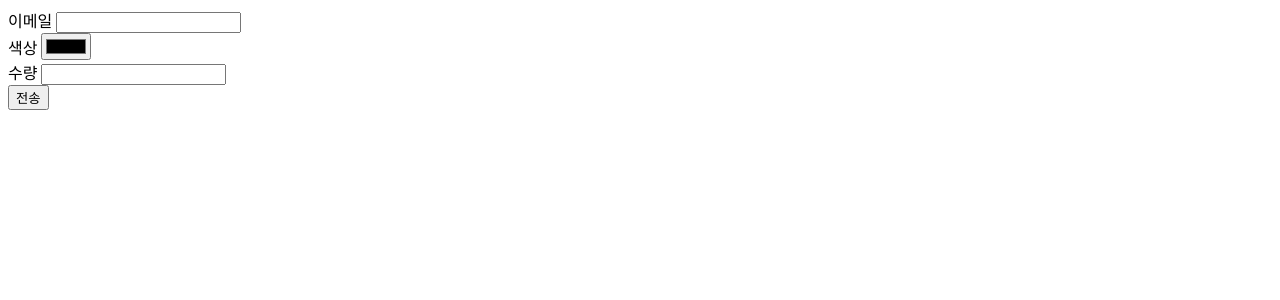
Repository: seokku/java2
Page: workspace/web/ch02basic/WebContent/input.html
An editor plug-in stored every save of this project. The page is shown before and after the next save, followed by the edit.
The browser window is 1280 px wide. The pictures show the whole page.

Above is the page before, as saved 2021-02-15 06:48:24.

### workspace/web/ch02basic/WebContent/input.html
<!DOCTYPE html>
<html>
<head>
<meta charset="UTF-8">
<title>Insert title here</title>
</head>
<body>
<form method="post">
	이메일 <input type="email"><br/>
	색상 <input type="color"><br/>
	수량 <input type="number" min="1"><br/>
	<button>전송</button>
</form>
</body>
</html>

After the next save:
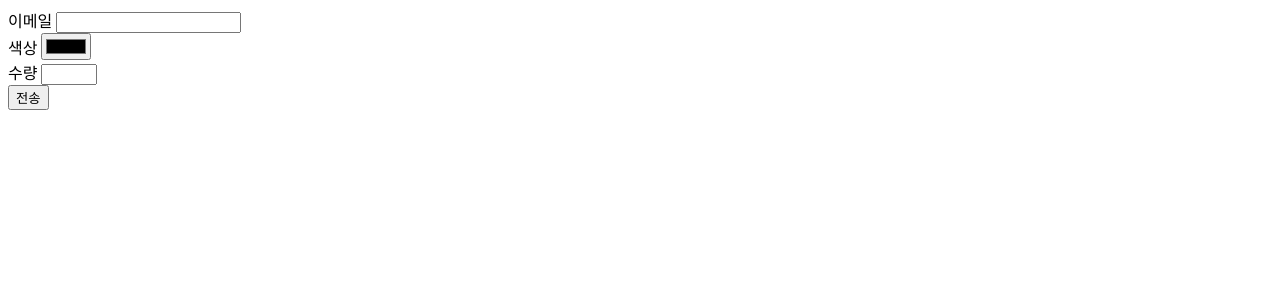
Saved 27 s later.
--- a/workspace/web/ch02basic/WebContent/input.html
+++ b/workspace/web/ch02basic/WebContent/input.html
@@ -8,7 +8,7 @@
 <form method="post">
 	이메일 <input type="email"><br/>
 	색상 <input type="color"><br/>
-	수량 <input type="number" min="1"><br/>
+	수량 <input type="number" min="1" max="10"><br/>
 	<button>전송</button>
 </form>
 </body>
